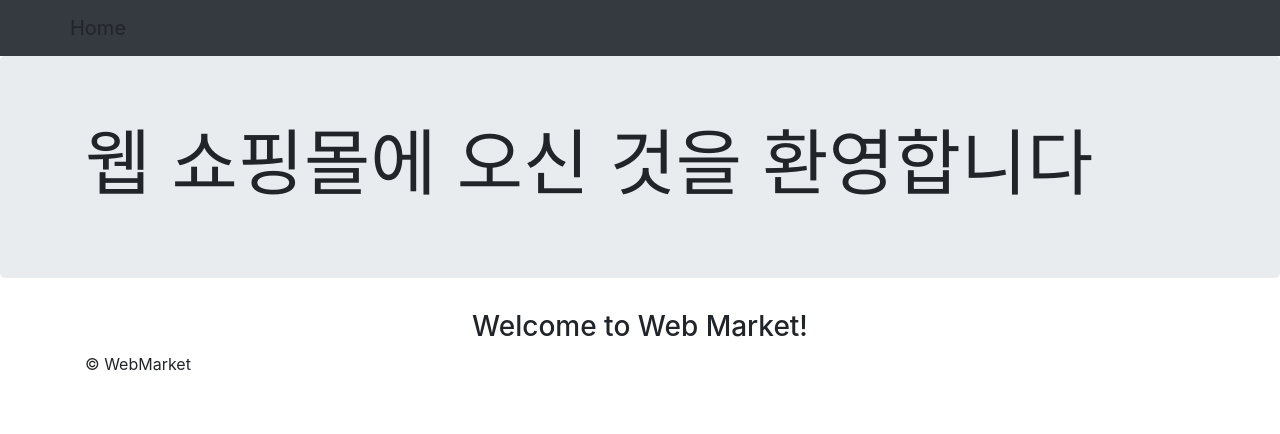
Repository: ramperrit/JSP
Page: http://localhost/WebMarket/welcome.jsp
An editor plug-in stored every save of this project. The page is shown before and after the next save, followed by the edit.
The browser window is 1280 px wide. The pictures show the whole page.
The page is served by Tomcat 9.

Above is the page before, as saved 2024-02-21 02:22:30.

After the next save:
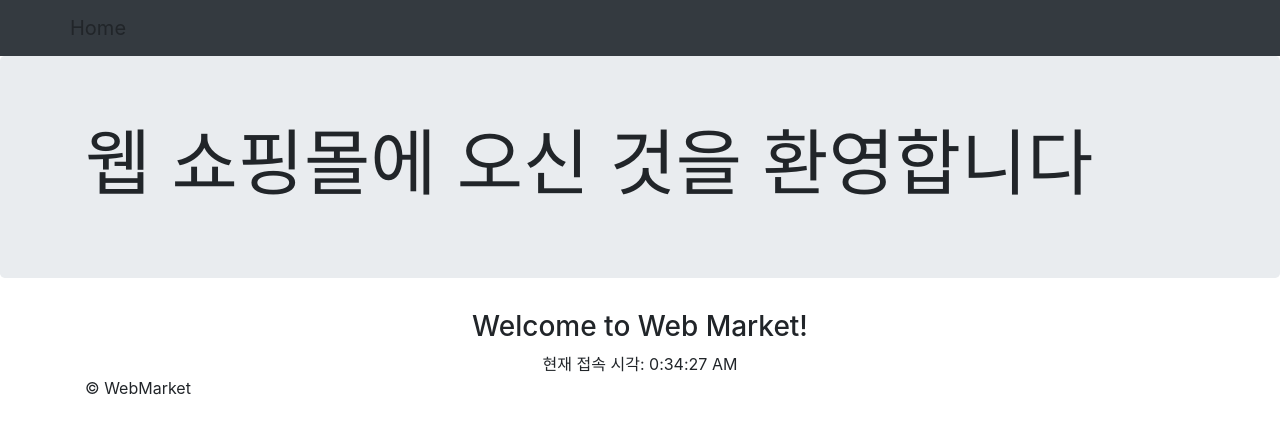
Saved 3 min 23 s later.
--- a/WebMarket/src/main/webapp/welcome.jsp
+++ b/WebMarket/src/main/webapp/welcome.jsp
@@ -34,6 +34,21 @@
 		<h3>
 			<%= tagline %>
 		</h3>
+		<%
+			Date day = new java.util.Date();
+			String am_pm;
+			int hour = day.getHours();
+			int minute = day.getMinutes();
+			int second = day.getSeconds();
+			if(hour/12 == 0){
+				am_pm = "AM";
+			}else{
+				am_pm = "PM";
+				hour = hour - 12;
+			}
+			String CT = hour + ":" + minute + ":" + second + " " + am_pm;
+			out.println("현재 접속 시각: " + CT + "\n");
+		%>
 		</div>
 	</div>
 	<footer class = "container">
